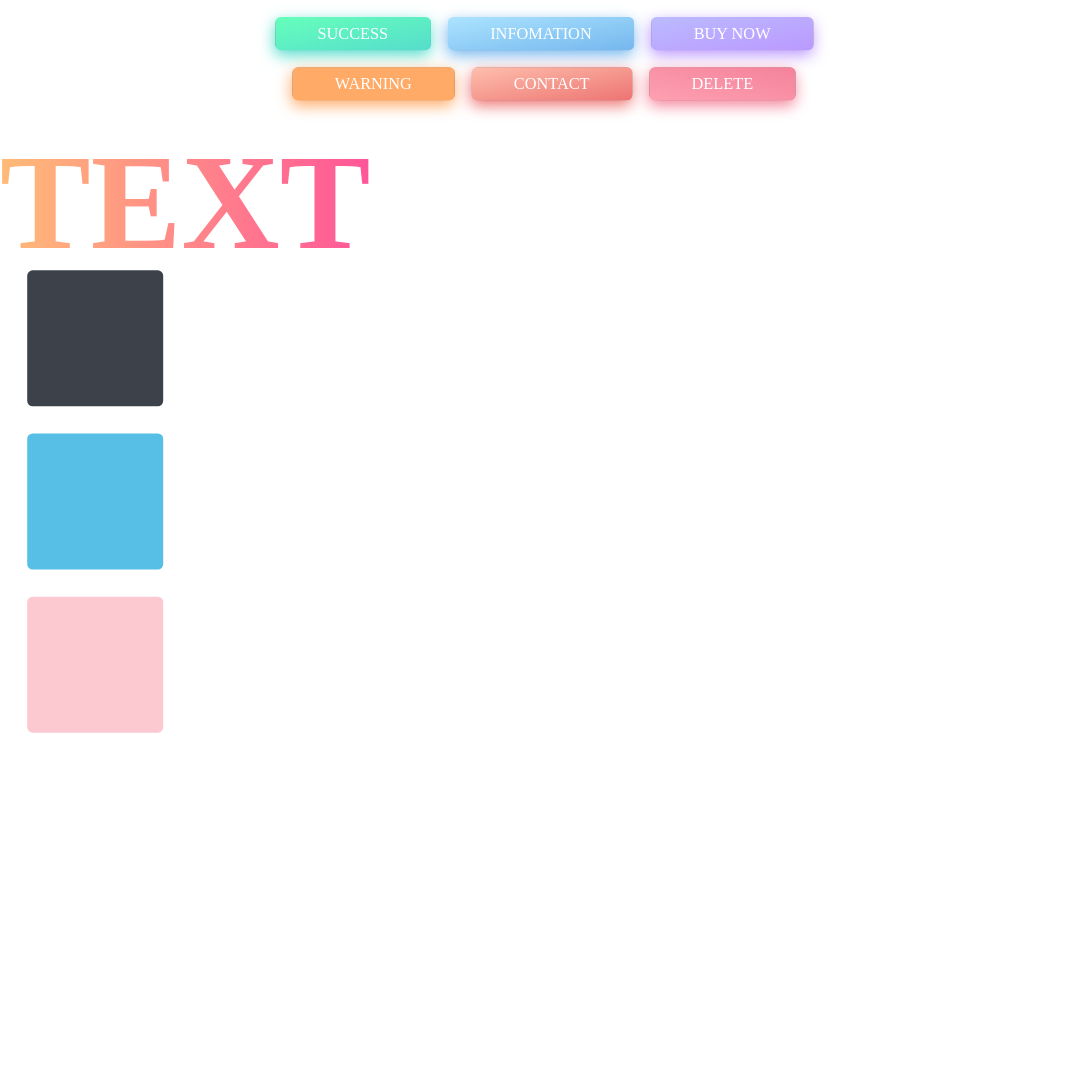
Repository: ThanhPhongsof/Css-Course
Page: index.html
An editor plug-in stored every save of this project. The page is shown before and after the next save, followed by the edit.
The browser window is 1280 px wide. The pictures show the whole page, at 85% of full size.

Above is the page before, as saved 2022-05-16 09:04:57.

After the next save:
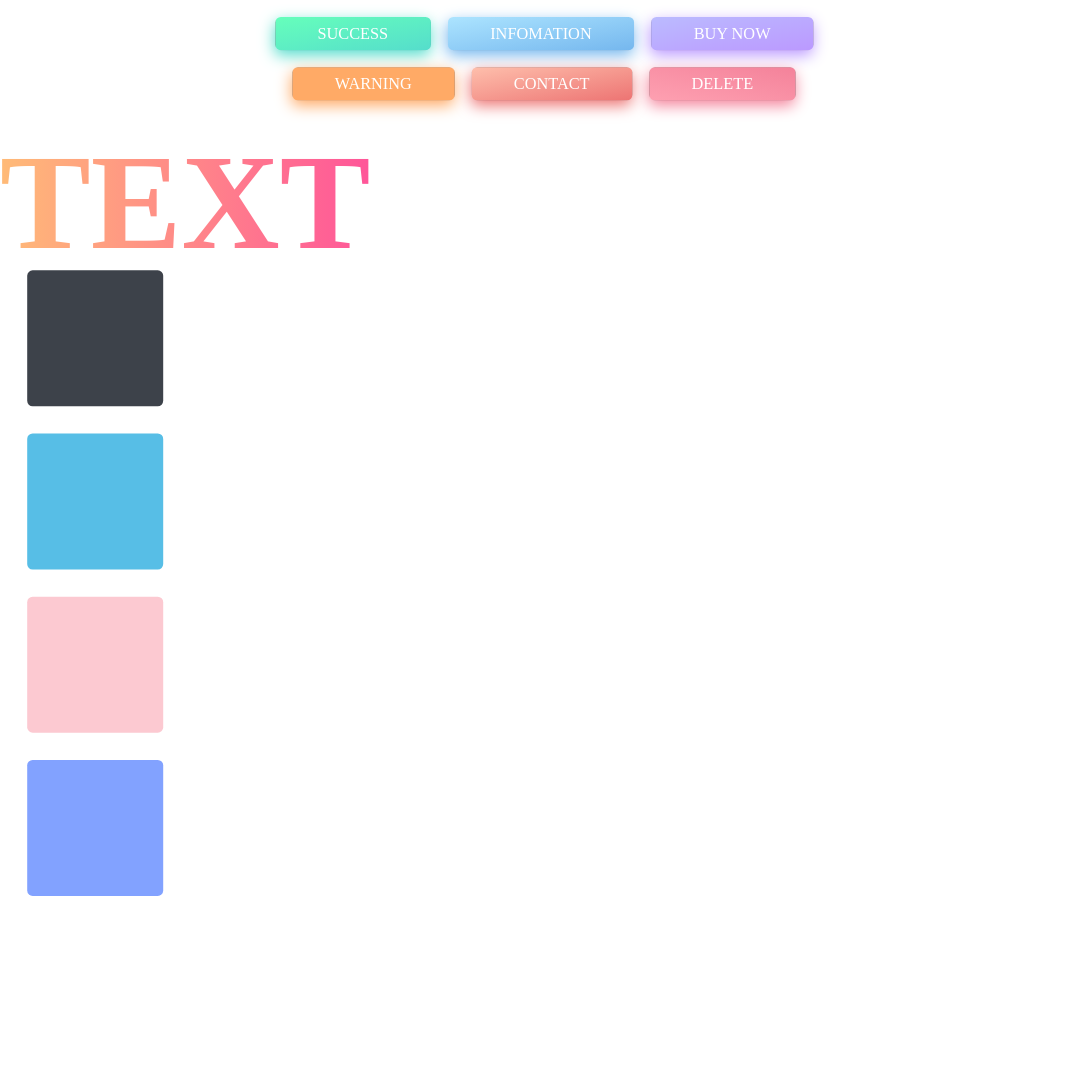
Saved 17 s later.
--- a/styles.css
+++ b/styles.css
@@ -91,6 +91,6 @@
   background-color: #fcc9d1;
 }
 
-.color__item:last-child(2) {
+.color__item:nth-last-child(2) {
   background-color: #82a2ff;
 }
